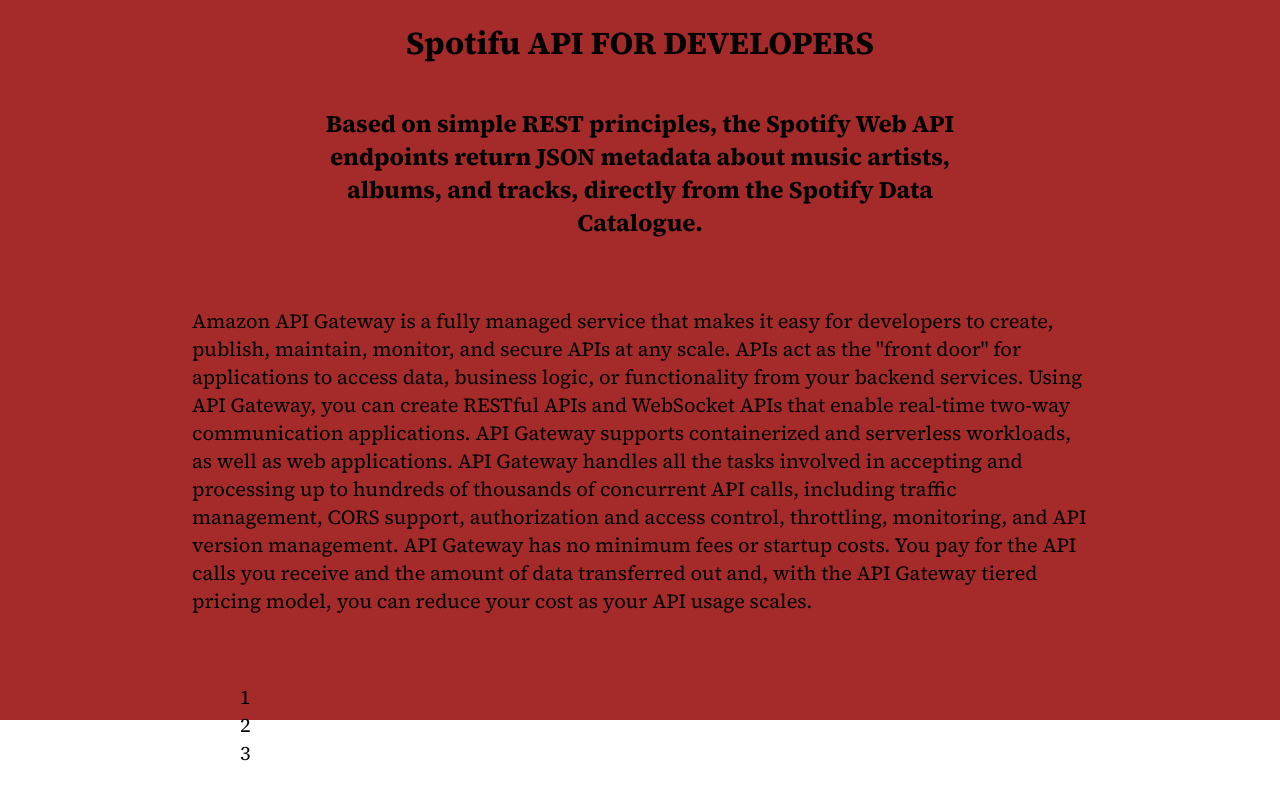
Repository: eliasihai/dizza-html-project
Page: index.html
These files come from the project's save history. The page is drawn as it stood at one moment and after the next save; the edit follows.
The browser window is 1280 px wide. The pictures show the whole page.

Above is the page before, as saved 2022-01-26 00:27:35.

After the next save:
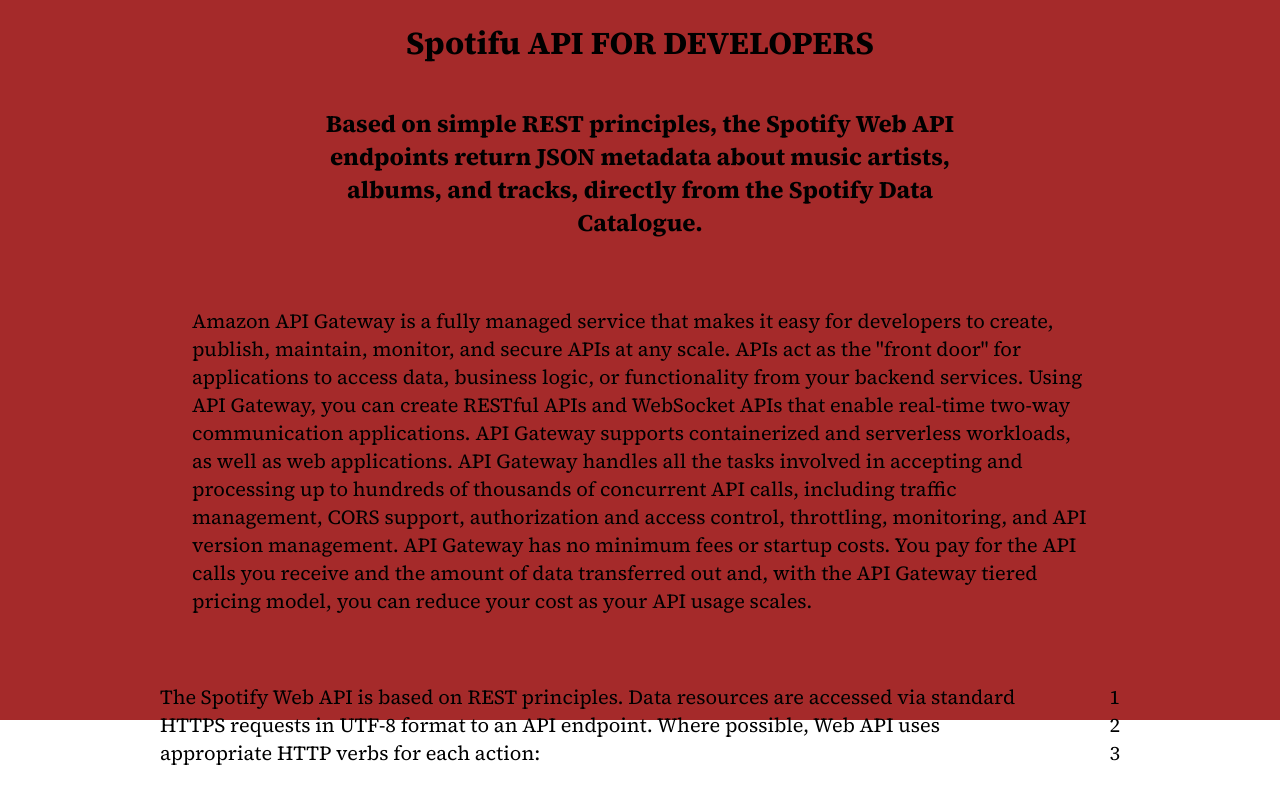
Saved 39 s later.
--- a/index.html
+++ b/index.html
@@ -52,6 +52,12 @@
           usage scales.
         </div>
         <div class="list_container">
+          <div>
+            The Spotify Web API is based on REST principles. Data resources are
+            accessed via standard HTTPS requests in UTF-8 format to an API
+            endpoint. Where possible, Web API uses appropriate HTTP verbs for
+            each action:
+          </div>
           <ul>
             <ol>
               1
